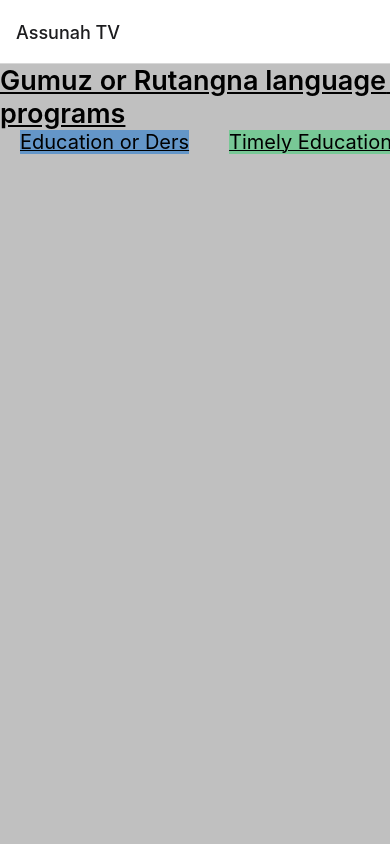
Repository: abdurehmanali611/Assunah_TV
Screen: /Gumuz
The author's editor kept a copy of each file at every save. The screen is drawn from the files as they stood at one save, then again after the next save.
The app was drawn by React Native's web renderer in a window 390 px wide. The project was rebuilt for these pictures with package versions that can differ from the ones it lists, and the page was loaded fresh each time. Also part of the build but not shown: Constants/Home.js, Constants/AboutUs.js, Constants/Contacts.js, Constants/AssunahFolder.js, Constants/AssunahKids.js, Constants/AdditionalExtra.js, Constants/Qiratcenter.js, Programs/AmharicPrograms.js and 29 more.

Above is the screen before, as saved 2024-01-08 23:39:57.

### App.js
import { createStackNavigator } from "@react-navigation/stack";
import { NavigationContainer } from "@react-navigation/native";

import Home from "./Constants/Home";
import AboutUs from "./Constants/AboutUs";
import Contacts from "./Constants/Contacts";
import AssunahFolder from "./Constants/AssunahFolder";
import AssunahKids from "./Constants/AssunahKids";
import AdditionalExtra from "./Constants/AdditionalExtra";
import Qiratcenter from "./Constants/Qiratcenter";
import AmharicPrograms from './Programs/AmharicPrograms'
import ArabicPrograms from './Programs/ArabicPrograms'
import AffanOromo from './Programs/AffanOromo'
import Afar from './Programs/Afar'
import Ethio_Somali from './Programs/Ethio_Somali'
import Gumuz from './Programs/Gumuz'
import Hadere from './Programs/Hadere'
import Halaba from './Programs/Halaba'
import Tigrigna from './Programs/Tigrigna'
import LoginQirat from "./Assunah_Qirat_Center/LoginQirat";
import LoginQirat2 from "./Assunah_Qirat_Center/LoginQirat2";
import Logged from "./Assunah_Qirat_Center/Logged";
import Afarlink from "./Program_Links/Afarlink";
import AffanOromolink from "./Program_Links/AffanOromolink";
import Amhariclink from "./Program_Links/Amhariclink";
import Arabiclink from "./Program_Links/Arabiclink";
import EthioSomalilink from "./Program_Links/EthioSomalilink";
import Gumuzlink from "./Program_Links/Gumuzlink";
import Haderelink from "./Program_Links/Haderelink";
import Halabalink from "./Program_Links/Halabalink";
import Tigraylink from "./Program_Links/Tigraylink";
import Support from "./Additional/Support";
import Help from "./Additional/Help";
import Rate from "./Additional/Rate";
import Amhariclink_2 from "./Program_Links/Amhariclink_2";
import Amhariclink_3 from "./Program_Links/Amhariclink_3";
import Amhariclink_4 from "./Program_Links/Amhariclink_4";
import Amhariclink_5 from "./Program_Links/Amhariclink_5";
import AffanOromolink_2 from "./Program_Links/AffanOromolink_2";
import Siltgnalink from "./Program_Links/Siltgnalink";
import Siltgna from "./Programs/Siltgna";

const stack = createStackNavigator();

const App = () => {

  return (
    <NavigationContainer>
      <stack.Navigator initialRouteName="Gumuz" >
         <stack.Screen name="Home" component={Home} options={{title: 'Assunah TV'}}/>
         <stack.Screen name="Qirat" component={Qiratcenter} options={{title: 'Assunah TV'}}/>
         <stack.Screen name="About" component={AboutUs} options={{title: 'Assunah TV'}}/>
         <stack.Screen name="Contact" component={Contacts} options={{title: 'Assunah TV'}}/>
         <stack.Screen name="Assunah" component={AssunahFolder} options={{title: 'Assunah TV'}}/>
         <stack.Screen name="Kids" component={AssunahKids} options={{title: 'Assunah TV'}}/>
         <stack.Screen name="Extra" component={AdditionalExtra} options={{title: 'Assunah TV'}}/>
         <stack.Screen name="Amharic" component={AmharicPrograms} options={{title: 'Assunah TV'}}/>
         <stack.Screen name="Arabic" component={ArabicPrograms} options={{title: 'Assunah TV'}}/>
         <stack.Screen name="Oromo" component={AffanOromo} options={{title: 'Assunah TV'}}/>
         <stack.Screen name="Afar" component={Afar} options={{title: 'Assunah TV'}}/>
         <stack.Screen name="Somali" component={Ethio_Somali} options={{title: 'Assunah TV'}}/>
         <stack.Screen name="Gumuz" component={Gumuz} options={{title: 'Assunah TV'}}/>
         <stack.Screen name="siltgna" component={Siltgna} options={{title: 'Assunah TV'}}/>
         <stack.Screen name="Halaba" component={Halaba} options={{title: 'Assunah TV'}}/>
         <stack.Screen name="Tigray" component={Tigrigna} options={{title: 'Assunah TV'}}/>
         <stack.Screen name="hadere" component={Hadere} options={{title: 'Assunah TV'}}/>
         <stack.Screen name="Login" component={LoginQirat} options={{title: 'Assunah TV'}}/>
         <stack.Screen name="Login2" component={LoginQirat2} options={{title: 'Assunah TV'}}/>
         <stack.Screen name="Logged" component={Logged} options={{title: 'Assunah TV'}}/>
         <stack.Screen name="Afarlink" component={Afarlink} options={{title: 'Assunah TV'}}/>
         <stack.Screen name="Oromolink" component={AffanOromolink} options={{title: 'Assunah TV'}}/>
         <stack.Screen name="Oromolink2" component={AffanOromolink_2} options={{title: 'Assunah TV'}}/>
         <stack.Screen name="Amhariclink" component={Amhariclink} options={{title: 'Assunah TV'}}/>
         <stack.Screen name="Amhariclink2" component={Amhariclink_2} options={{title: 'Assunah TV'}}/>
         <stack.Screen name="Amhariclink3" component={Amhariclink_3} options={{title: 'Assunah TV'}}/>
         <stack.Screen name="Amhariclink4" component={Amhariclink_4} options={{title: 'Assunah TV'}}/>
         <stack.Screen name="Amhariclink5" component={Amhariclink_5} options={{title: 'Assunah TV'}}/>
         <stack.Screen name="Arabiclink" component={Arabiclink} options={{title: 'Assunah TV'}}/>
         <stack.Screen name="EthioSomalilink" component={EthioSomalilink} options={{title: 'Assunah TV'}}/>
         <stack.Screen name="Gumuzlink" component={Gumuzlink} options={{title: 'Assunah TV'}}/>
         <stack.Screen name="siltgnalink" component={Siltgnalink} options={{title: 'Assunah TV'}}/>
         <stack.Screen name="Halabalink" component={Halabalink} options={{title: 'Assunah TV'}}/>
         <stack.Screen name="Haderelink" component={Haderelink} options={{title: 'Assunah TV'}}/>
         <stack.Screen name="Tigraylink" component={Tigraylink} options={{title: 'Assunah TV'}}/>
         <stack.Screen name="support" component={Support} options={{title: 'Assunah TV'}}/>
         <stack.Screen name="help" component={Help} options={{title: 'Assunah TV'}}/>
         <stack.Screen name="rate" component={Rate} options={{title: 'Assunah TV'}}/>
      </stack.Navigator>
    </NavigationContainer>

  )
};

export default App;

### Programs/Gumuz.js
import React from "react";
import { View, Text, ScrollView, StyleSheet } from "react-native";
import { Link } from "@react-navigation/native";

const Gumuz = () => {

    return(
        <View style = {{backgroundColor: 'silver',flex: 1,justifyContent: 'flex-start'}}>
            <View>
            <Text style = {{fontSize: 27,fontWeight: '600', textDecorationLine: 'underline'}}>
               Gumuz or Rutangna language programs
            </Text>
            <View style = {{alignItems: 'center'}}>
            <ScrollView horizontal>
                <Link
                style = {{backgroundColor: `rgb(100,150,200)`,marginHorizontal: 20,textDecorationLine: 'underline'}}
                to={'/Gumuzlink'}>
                <Text style = {{fontSize: 20}}>Education or Ders</Text>
                </Link>
                <Link
                style = {{backgroundColor: `rgb(120,200,150)`,marginHorizontal: 20,textDecorationLine: 'underline'}}
                to={'/Gumuzlink'}>
                <Text style = {{fontSize: 20}}>Timely Education</Text>
                </Link>
            </ScrollView>
            </View>
        </View>
        </View>
    )
}

const randomRGB = () => {

    const red = Math.floor(Math.random() * 256)
    const green = Math.floor(Math.random() * 256)
    const blue = Math.floor(Math.random() * 256)

    return `rgb(${red},${green},${blue})`
}

const styles = StyleSheet.create ({
    link: {
        backgroundColor: randomRGB(),
        marginHorizontal: 20,
        width: 300,
        marginVertical: 10,
        height: 70,
        textAlignVertical: 'center',
        textAlign: 'center',
        borderTopRightRadius: 30,
        borderBottomLeftRadius: 30
    },
    header: {
        fontSize: 27,
        fontWeight: 'bold',
        textAlign: 'center',
        marginTop: '50%',
        marginBottom: 40,
        backgroundColor: randomRGB(),
        width: 355,
        marginHorizontal: 15,
        borderBottomLeftRadius: 20,
        borderTopRightRadius: 20,
        height: 150,
        textAlignVertical: 'center'
    }
})


export default Gumuz

After the next save:
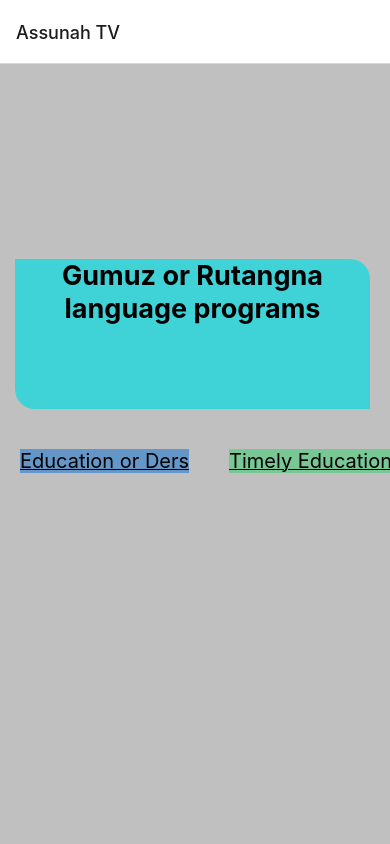
Saved 11 s later.
--- a/Programs/Gumuz.js
+++ b/Programs/Gumuz.js
@@ -7,7 +7,7 @@
     return(
         <View style = {{backgroundColor: 'silver',flex: 1,justifyContent: 'flex-start'}}>
             <View>
-            <Text style = {{fontSize: 27,fontWeight: '600', textDecorationLine: 'underline'}}>
+            <Text style = {styles.header}>
                Gumuz or Rutangna language programs
             </Text>
             <View style = {{alignItems: 'center'}}>
